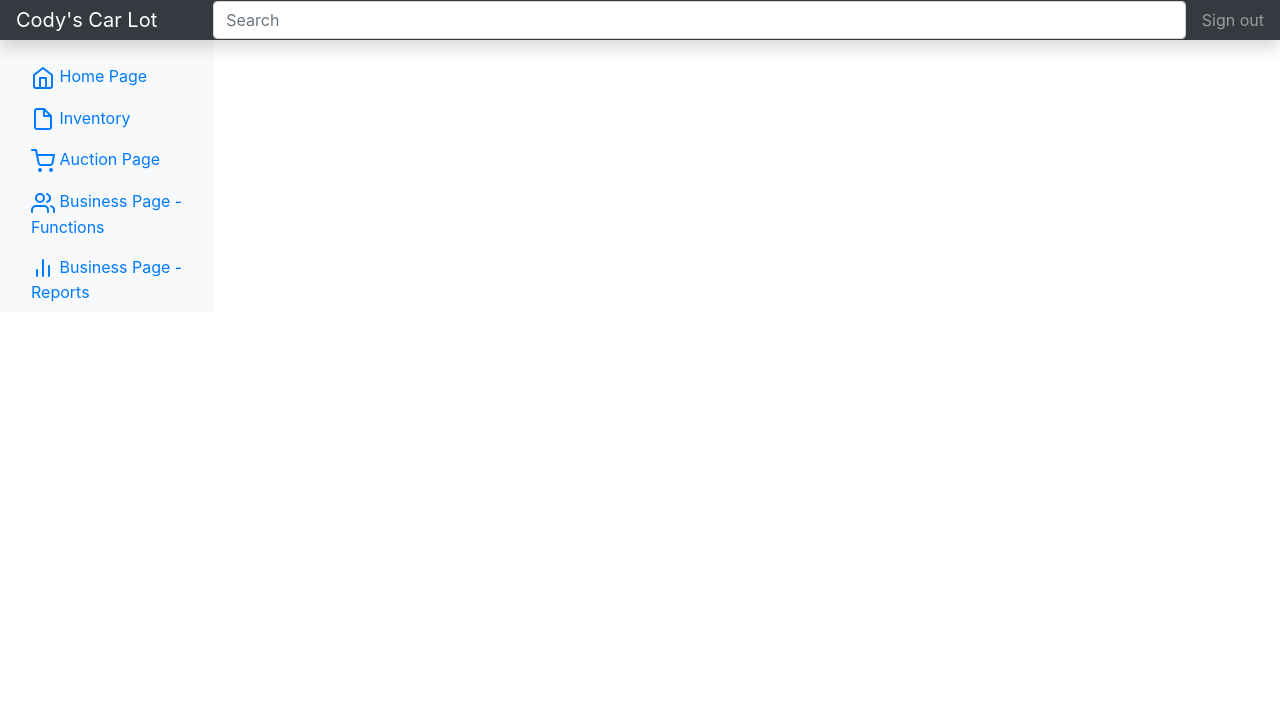
Repository: CodyHogge/CarDealershipProject
Page: http://localhost/CarDealershipProject/booted_reports.jsp
The author's editor kept a copy of each file at every save. The page is drawn from the files as they stood at one save, then again after the next save.
The browser window is 1280 px wide. The pictures show the whole page.
The page is served by Tomcat 9.

Above is the page before, as saved 2020-09-16 15:55:34.

After the next save:
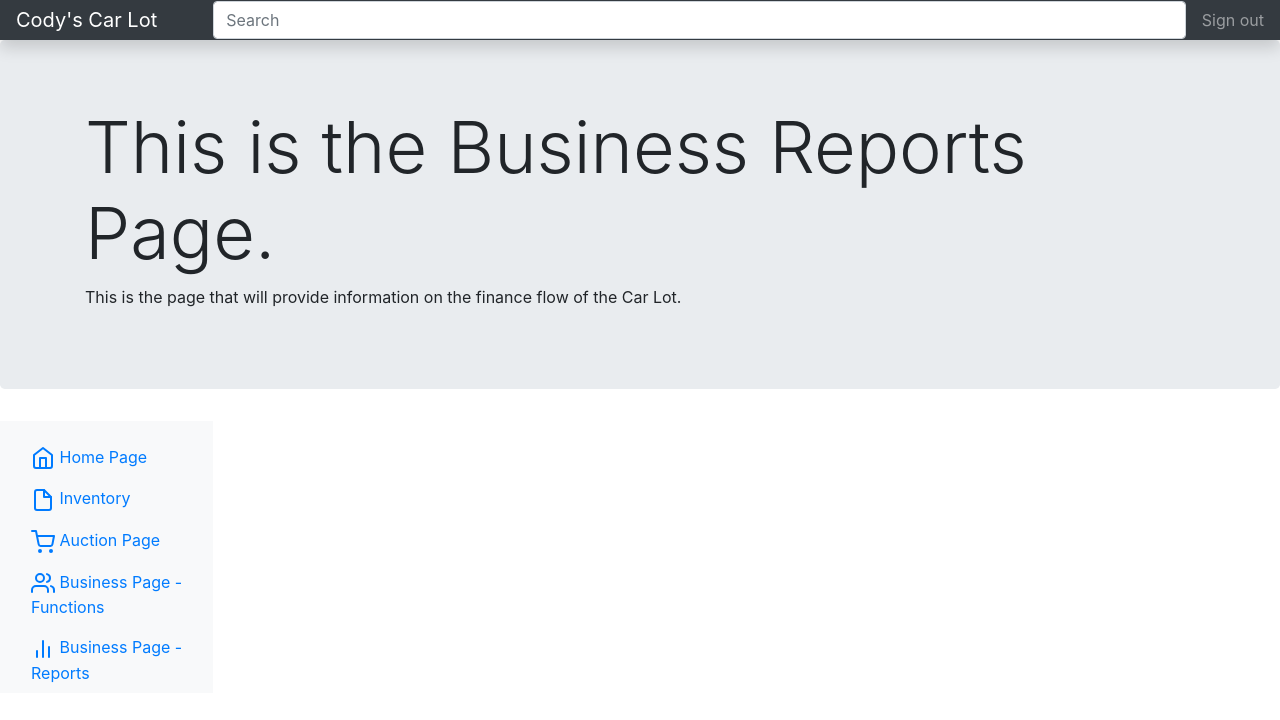
Saved 105 s later.
--- a/CarDealershipProject/WebContent/booted_reports.jsp
+++ b/CarDealershipProject/WebContent/booted_reports.jsp
@@ -22,6 +22,16 @@
     </li>
   </ul>
 </nav>
+
+	<div class="jumbotron">
+    	<div class="container">
+      		<h1 class="display-3">This is the Business Reports Page.</h1>
+      			<p>This is the page that will provide information on the finance flow of the Car Lot.</p>
+    	</div>
+ 	 </div>
+
+
+
 <div class="container-fluid">
   <div class="row">
     <nav id="sidebarMenu" class="col-md-3 col-lg-2 d-md-block bg-light sidebar collapse show" style="">
